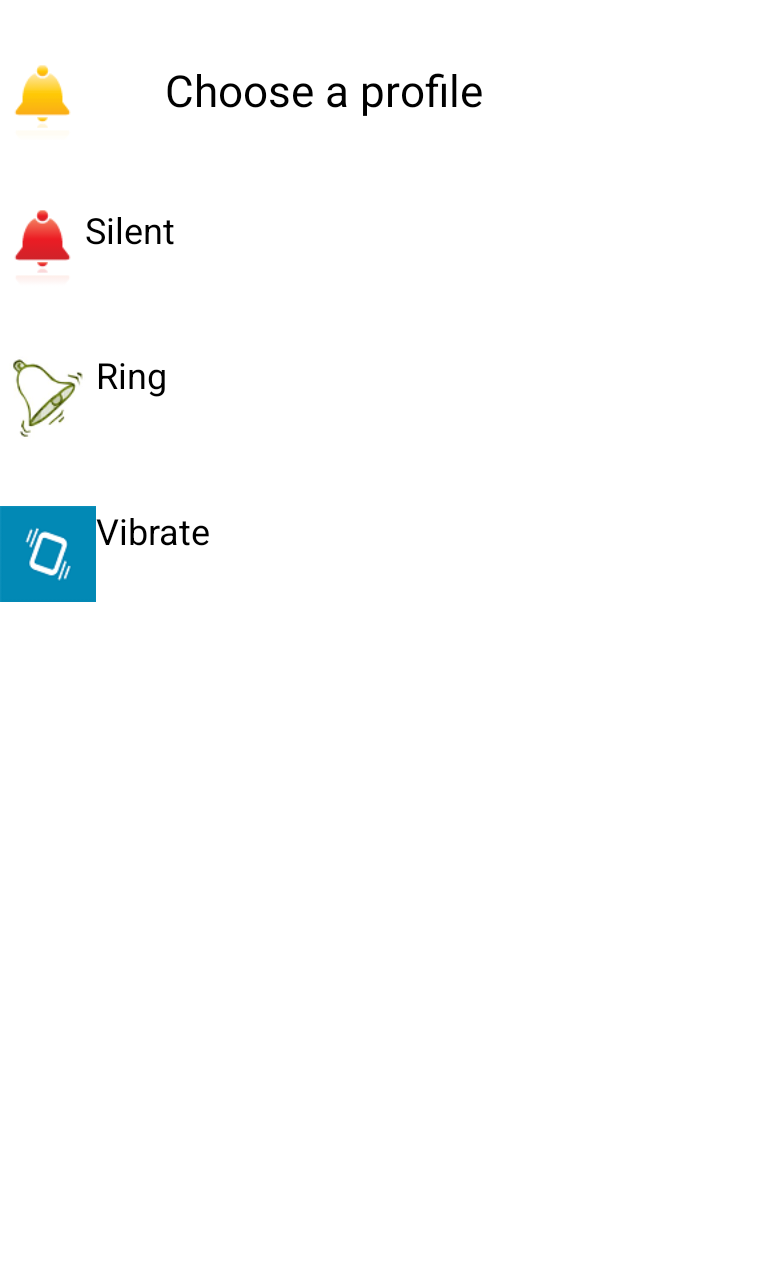
Repository: born2behappy18/meetingMiliue
Layout: MeetingMileu/res/layout/profile.xml
These files come from the project's save history. The layout is drawn as it stood at one moment and after the next save; the edit follows.
It is drawn on a 768 x 1280 px phone screen (xhdpi) without system bars, with theme AppTheme; the app's code is not run.

Above is the layout before, as saved 2015-10-13 11:14:33.

### MeetingMileu/res/layout/profile.xml
<?xml version="1.0" encoding="utf-8"?>
<LinearLayout xmlns:android="http://schemas.android.com/apk/res/android"
    android:layout_width="match_parent"
    android:layout_height="match_parent"
    android:orientation="vertical" >
<LinearLayout
    android:layout_width="match_parent"
    android:layout_height="wrap_content"
    android:orientation="horizontal"
    android:layout_marginTop="30dp">
    <ImageView
        android:id="@+id/imageView1"
        android:layout_width="wrap_content"
        android:layout_height="wrap_content"
        android:src="@drawable/alarm" />

    <TextView
        android:id="@+id/textView1"
        android:layout_width="wrap_content"
        android:layout_height="wrap_content"
        android:text="Choose a profile"
        android:layout_marginLeft="40dp"
        android:textAppearance="?android:attr/textAppearanceLarge" />
</LinearLayout>
<LinearLayout
    android:layout_width="match_parent"
    android:layout_height="wrap_content"
    android:orientation="horizontal"
    android:layout_marginTop="30dp">
    <ImageView
        android:id="@+id/imageView2"
        android:layout_width="wrap_content"
        android:layout_height="wrap_content"
        android:src="@drawable/silent" />

    <TextView
        android:id="@+id/textView2"
        android:layout_width="wrap_content"
        android:layout_height="wrap_content"
        android:text="Silent"
        android:textAppearance="?android:attr/textAppearanceMedium" />
</LinearLayout>
<LinearLayout
    android:layout_width="match_parent"
    android:layout_height="wrap_content"
    android:orientation="horizontal"
    android:layout_marginTop="30dp">
    <ImageView
        android:id="@+id/imageView3"
        android:layout_width="wrap_content"
        android:layout_height="wrap_content"
        android:src="@drawable/ring" />

    <TextView
        android:id="@+id/textView3"
        android:layout_width="wrap_content"
        android:layout_height="wrap_content"
        android:text="Ring"
        android:textAppearance="?android:attr/textAppearanceMedium" />
</LinearLayout>
<LinearLayout
    android:layout_width="match_parent"
    android:layout_height="wrap_content"
    android:orientation="horizontal"
    android:layout_marginTop="30dp">
    <ImageView
        android:id="@+id/imageView4"
        android:layout_width="wrap_content"
        android:layout_height="wrap_content"
        android:src="@drawable/vibrate" />

    <TextView
        android:id="@+id/textView4"
        android:layout_width="wrap_content"
        android:layout_height="wrap_content"
        android:text="Vibrate"
        android:textAppearance="?android:attr/textAppearanceMedium" />
</LinearLayout>
</LinearLayout>

Loaded but not shown: MeetingMileu/res/values/styles.xml (common file); MeetingMileu/res/values-v11/styles.xml (common file); MeetingMileu/res/values-v14/styles.xml (common file)

After the next save:
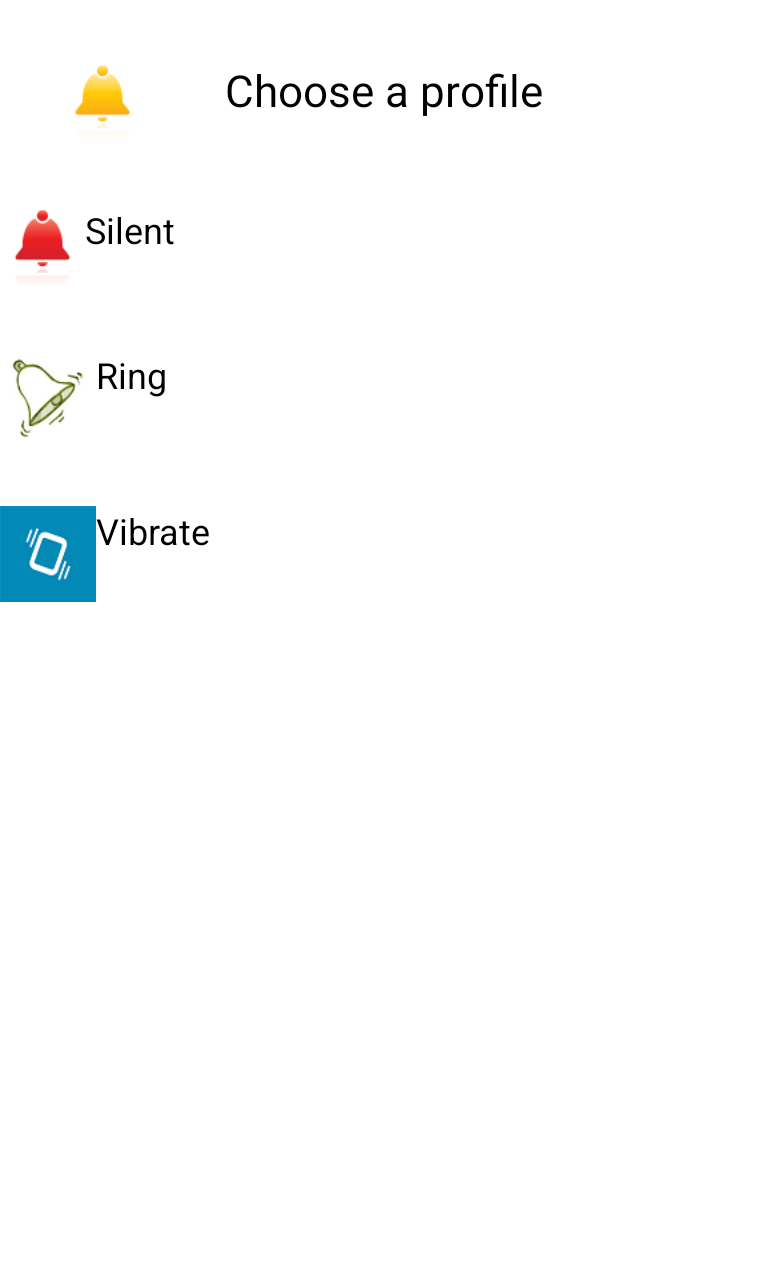
Saved 21 s later.
--- a/MeetingMileu/res/layout/profile.xml
+++ b/MeetingMileu/res/layout/profile.xml
@@ -12,7 +12,8 @@
         android:id="@+id/imageView1"
         android:layout_width="wrap_content"
         android:layout_height="wrap_content"
-        android:src="@drawable/alarm" />
+        android:src="@drawable/alarm"
+        android:layout_marginLeft="30dp" />
 
     <TextView
         android:id="@+id/textView1"
